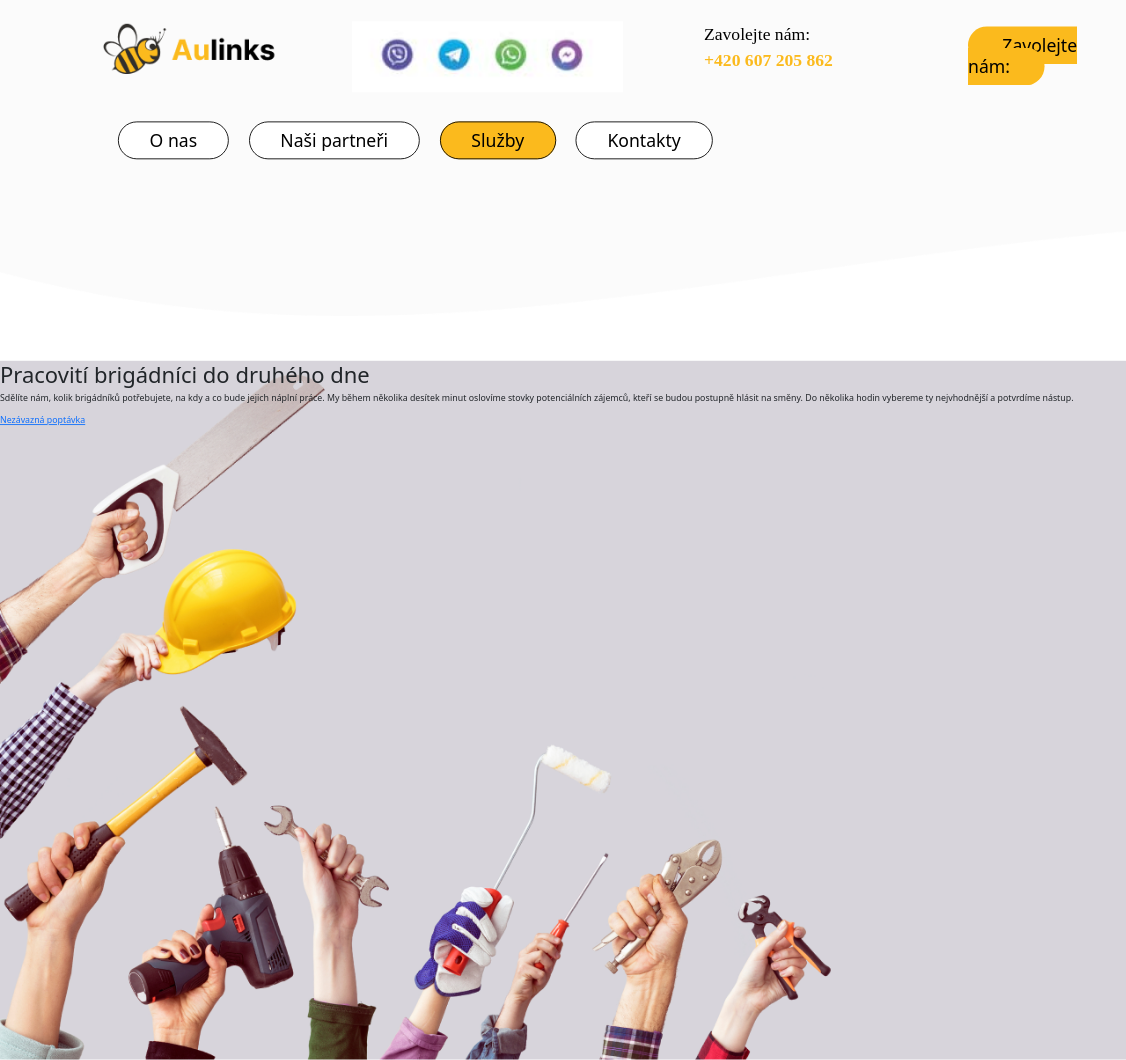
Repository: bilday08/aulinks
Page: index.html
An editor plug-in stored every save of this project. The page is shown before and after the next save, followed by the edit.
The browser window is 1280 px wide. The pictures show the whole page, at 88% of full size.
Some web fonts or font styles are not loaded; a fallback is used.

Above is the page before, as saved 2022-12-07 02:28:49.

### index.html
<!DOCTYPE html>
<html lang="en">
<head>
    <meta charset="UTF-8">
    <meta http-equiv="X-UA-Compatible" content="IE=edge">
    <meta name="viewport" content="width=device-width, initial-scale=1.0">
    <title>Aulinks</title>
    <link rel="stylesheet" href="./reset.css">
    <link rel="stylesheet" href="./style.css">
    <link
    rel="stylesheet"
    href="https://cdnjs.cloudflare.com/ajax/libs/font-awesome/6.2.0/css/all.min.css"
    integrity="sha512-xh6O/CkQoPOWDdYTDqeRdPCVd1SpvCA9XXcUnZS2FmJNp1coAFzvtCN9BmamE+4aHK8yyUHUSCcJHgXloTyT2A=="
    crossorigin="anonymous"
    referrerpolicy="no-referrer" />
    <link
    href="https://cdn.jsdelivr.net/npm/bootstrap@5.2.1/dist/css/bootstrap.min.css"
    rel="stylesheet"
    integrity="sha384-iYQeCzEYFbKjA/T2uDLTpkwGzCiq6soy8tYaI1GyVh/UjpbCx/TYkiZhlZB6+fzT"
    crossorigin="anonymous">
    <script
    src="https://cdn.jsdelivr.net/npm/bootstrap@5.2.1/dist/js/bootstrap.bundle.min.js"
    integrity="sha384-u1OknCvxWvY5kfmNBILK2hRnQC3Pr17a+RTT6rIHI7NnikvbZlHgTPOOmMi466C8"
    crossorigin="anonymous">
    </script>
    <link rel="preconnect" href="https://fonts.googleapis.com">
    <link rel="preconnect" href="https://fonts.gstatic.com" crossorigin>
    <link
    href="https://fonts.googleapis.com/css2?family=Inter+Tight:ital,wght@0,100;0,200;0,300;0,400;0,500;0,600;0,700;0,800;0,900;1,200;1,300;1,400;1,500;1,600;1,700;1,800;1,900&family=Inter:wght@100;200;300;400;500;600;700;800;900&display=swap"
    rel="stylesheet">
</head>
<body>
    <div class="wrapper">
        <header class="header">
            <div class="container_fluid_header">
                <div class="header__logo">
                    <img class="logo_images" src="./images/Header/logo.png" alt="logo"/>
                    <img class="logo_text" src="./images/Header/logotext.png" alt="logo"/>
                </div>
                <div class="header__contact">
                    <img class="contact_images" src="./images/Header/contact.png" alt="contact">
                </div>
                <div class="header__text">
                    <span class="text_name">Zavolejte nám:</span>
                    <span class="text_number">+420 607 205 862</span>
                </div>
                <div class="header__button">
                    <a href="#" class="button_name">Zavolejte nám:</a>
                </div>
                <div class="herder__button_white">
                    <a href="#" class="button_name_white">O nas</a>
                    <a href="#" class="button_name_white">Naši partneři</a>
                    <a href="#" class="button_name_white button_name_yellow">Služby</a>
                    <a href="#" class="button_name_white">Kontakty</a>
                </div>
            </div>
        </header>
    </div>
    <main>
        <div class="container_fluid_main">
            <div class="main__top_br">
                <!-- <img
                src="./images/Main/Rectangle 8 (9).png"
                alt="#" class="main_top_header"/> -->
                <h1 class="main_text">Pracovití brigádníci do druhého dne</h1>
                <p class="main_content">
                    Sdělíte nám, kolik brigádníků potřebujete,
                    na kdy a co bude jejich náplní práce. My během několika
                    desítek minut oslovíme stovky potenciálních zájemců, kteří
                    se budou postupně hlásit na směny. Do několika hodin vybereme
                    ty nejvhodnější a potvrdíme nástup.
                </p>
                <a href="#" class="main_button">Nezávazná poptávka</a>
            </div>
        </div>
    </main>
</body>
</html>

### style.css
html{
    font-size: 62.5%;
    /* 1rem=10px; */
}
* {
    box-sizing: border-box;
}
body{
    font-family: 'Inter Tight', sans-serif;
}
.container_fluid_header{
    max-width: 100%;
    height: 36rem;
    background-image: url(./images/Header/Rectangle\ 8\ \(9\).png);
    background-repeat: no-repeat;
    background-size: auto;
    z-index: 2;
}
/* .header__logo{
    margin-top: 6rem;
} */
.logo_images{
    margin-left: 11.4rem;
    margin-top: 2rem;
    width: 7.8rem;
    height: 7.1rem;
}
.logo_text{
    margin-top: 2rem;
}
.contact_images{
    margin-left: 40rem;
    margin-top: -7rem;
    width: 30.8rem;
    height: 8.1rem;
}
.header__text{
    margin-left: 80rem;
    margin-top: -8rem;
}
.text_name{
    display: block;
    width: 14.5rem;
    height: 3rem;
    font-family: 'Inter Tight';
    font-weight: 400;
    font-size: 20px;
    line-height: 24px;
    color: black;
}
.text_number{
    color: #FBBA1D;
    width: 18.5rem;
    height: 2.4rem;
    font-family: 'Inter Tight';
    font-style: normal;
    font-weight: 700;
    font-size: 20px;
    line-height: 24px;
}
.header__button{
    margin-left: 110rem;
    margin-top: -4rem;
}
.button_name{
    text-align: center;
    text-decoration: none;
    padding: 0.8rem 3.9rem;
    color: black;
    background-color: #FBBA1D;
    width: 22.3rem;
    height: 4.1rem;
    font-weight: 400;
    font-size: 20px;
    line-height: 24px;
    border-radius: 30px;
}
.herder__button_white{
    margin-top: 6rem;
    margin-left: 11.4rem;
}
.button_name_white{
    text-decoration: none;
    text-align: center;
    color: black;
    background-color: white;
    padding: 0.7rem 3.5rem;
    width: 19rem;
    height: 4rem;
    font-weight: 400;
    font-size: 20px;
    line-height: 24px;
    border-radius: 30px;
    border: 1px solid #000000;
    margin-left: 2rem;
}
.button_name_yellow{
    background-color: #FBBA1D;
}
.main_top_header{
    max-width: 100%;
    object-fit: contain;
    margin-left: 0;
}
.container_fluid_main{
    max-width: 100%;
    height: 79.4rem;
    background-image: url(./images/Main/brmain.png);
    object-fit: cover;
    margin-top: 5rem;
}

Loaded but not shown: reset.css (common file)

After the next save:
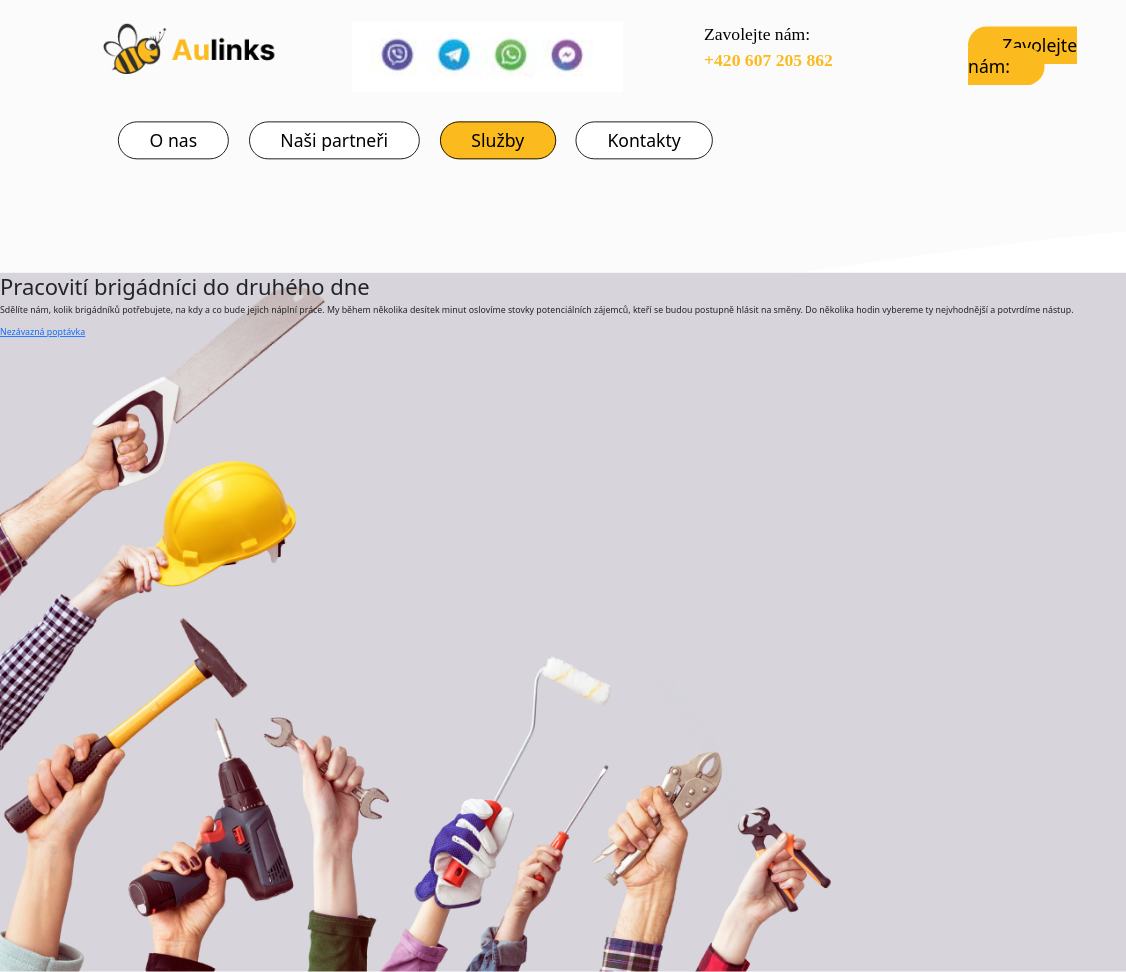
Saved 2 min 29 s later.
--- a/style.css
+++ b/style.css
@@ -107,5 +107,5 @@
     height: 79.4rem;
     background-image: url(./images/Main/brmain.png);
     object-fit: cover;
-    margin-top: 5rem;
+    margin-top: -5rem;
 }
